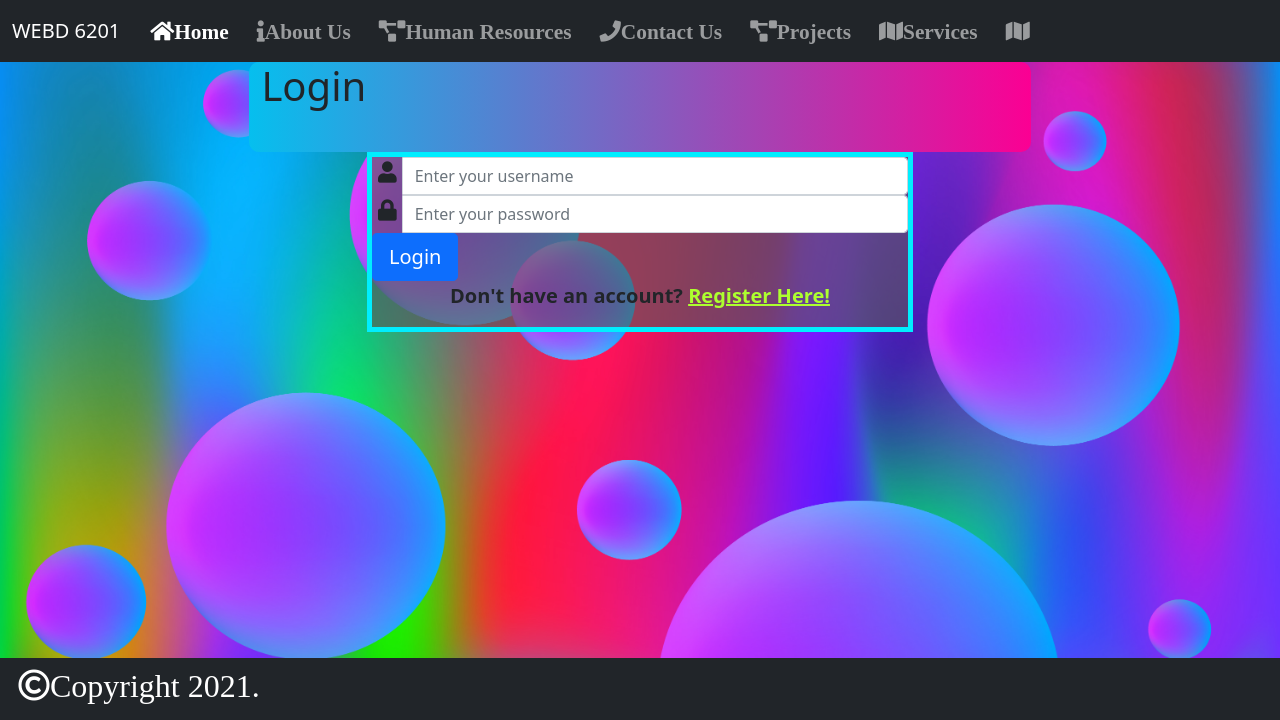
Repository: vans12345678/WEBD6201-W2021-Lab2
Page: login.html
These files come from the project's save history. The page is drawn as it stood at one moment and after the next save; the edit follows.
The browser window is 1280 px wide. The pictures show the whole page.

Above is the page before, as saved 2021-02-24 19:39:34.

### login.html
<!DOCTYPE html>
<html lang="en">
<head>
    <meta charset="UTF-8">
    <meta name="viewport" content="width=device-width, initial-scale=1.0">
    <title>Login</title>
    <!-- CSS Section -->
    <link rel="stylesheet" href="./node_modules/bootstrap/dist/css/bootstrap.min.css">
    <link rel="stylesheet" href="./node_modules/@fortawesome/fontawesome-free/css/all.min.css">
    <link rel="stylesheet" href="./Content/app.css">
</head>
<body class ="Vapor">
    <!-- Main Header -->
    <header>
        <!-- Main Navigation -->
        <nav class="navbar navbar-expand-lg navbar-dark bg-dark">
            <div class="container-fluid">
                <a id ="navHome" class="navbar-brand" href="index.html"></a>
                <button class="navbar-toggler" type="button" data-bs-toggle="collapse" data-bs-target="#navbarSupportedContent" aria-controls="navbarSupportedContent" aria-expanded="false" aria-label="Toggle navigation">
                  <span class="navbar-toggler-icon"></span>
                </button>
                <div class="collapse navbar-collapse" id="navbarSupportedContent">
                  <ul id = "ulNav" class="navbar-nav me-auto mb-2 mb-lg-0">
                    <li class="nav-item">
                      <a  class="nav-link active" aria-current="page" href="index.html"><i id ="navIndex"class = "fas fa-home fa-lg"></i></a>
                    </li>
                    <li class="nav-item" id ="navAbout">
                      <a  class="nav-link " aria-current="page" href="about.html"><i id ="navAboutItem"class = "fas fa-info fa-lg"></i></a>
                    </li>
                    <li class="nav-item">
                      <a  class="nav-link " aria-current="page" href="contact.html"><i id ="navContact"class = "fas fa-phone fa-lg"></i></a>
                    </li>
                    <li class="nav-item">
                      <a  class="nav-link" aria-current="page" href="projects.html"><i id ="navProjects" class ="fas fa-project-diagram fa-lg">Products</i></a>
                    </li>
                    <li class="nav-item">
                      <a  class="nav-link " aria-current="page" href="services.html"><i id ="navServices"class = "fas fa-map fa-lg"></i></a>
                    </li>
                    <li class="nav-item">
                      <a  class="nav-link " aria-current="page" href="login.html"><i id ="navLogin"class = "fas fa-map fa-lg"></i></a>
                    </li>
                  </ul>
                </div>
              </div>
          </nav>
    </header>

    <!-- Main Content -->
    <main class="container" id="mainContent">
        <h1 class = "container">Login</h1>
      <div class="row">
          <div class="offset-md-3 col-md-6 col-sm-12">
                <div class="login" id="contentArea"></div>
                    <div id = "messageArea"></div>
                    <form class = "fromBackground" id="loginForm" novalidate>
                      <div class="form-group">
                        <div class="input-group">
                          <span class="input-group-addon">
                            <i class="fa fa-user fa-lg">
                            </i>
                          </span>
                          <input type="text" class="form-control" id="username" name="username"  required
                          value="" placeholder="Enter your username">
                        </div>
                      </div>
                      <div class="form-group">
                        <div class="input-group">
                          <span class="input-group-addon">
                            <i class="fa fa-lock fa-lg">
                            </i>
                          </span>
                          <input type="password" class="form-control" id="password" name="password"  required
                          value="" placeholder="Enter your password">
                        </div>
                      </div>
                      <div class="text-right">
                        <button id="submitButton" type="submit" class="btn btn-primary btn-lg">Login</button>
                      </div>
                      <p class="text-center fs-5 fw-bold">
                        Don't have an account?
                        <a href="register.html">Register Here!</a>
                    </p>
                    </form>
                </div>

          </div>
      </div>
  </main>

    <!-- Main Footer -->
    <footer>
        <nav class="navbar fixed-bottom navbar-dark bg-dark">
            <div class="container-fluid">
                <h4><i id = "footer" class="far fa-copyright fa-lg site-footer"></i></h4>
            </div>
          </nav>
    </footer>
    <!-- Script Section -->
    <script src="./node_modules/jquery/dist/jquery.min.js"></script>
    <script src="./node_modules/bootstrap/dist/js/bootstrap.bundle.min.js"></script>
    <script src="./Scripts/app.js"></script>
</body>
</html>

### Content/app.css
/* custom css goes here */
.Vapor {
    background-image: url('../images/vapor.jpg');
    background-repeat: no-repeat;
    background-attachment: fixed;
    background-size: 100% 100%;
  }
  a {
    color: greenyellow;
  }
  .textFont
  {
    font-family: Arial, Helvetica, sans-serif;
    line-height: 32px;
  }
  body
  {
    background-color: rgb(90, 90, 90);
  }
  h1.container{
    border-radius: 10px;
    width: 70%;
    height: 90px;
    margin: 0px auto;
    background: linear-gradient(90deg,#06bfee,#fb0093)
  }
  h1.projects{
    background-color: white;
  }
  .contact-table{
    width: 100%;
    margin:  50px auto;
    background-color: white;
  }
  .contact-form
  {
    width: 100%;
    margin:  100px auto;
  }
  .warnMessage
  {
    width: 90%;
    margin:  50px;
  }
  .site-footer {
    color:white;
  }
  .formMargin
  {
    margin: 35px 70px;
  }
  .inputMargin
  {
    margin: 5px -3px;
  }

  .fromBackground
  {
    background-color: #5a5a5aa1;
    border: 5px solid rgb(0, 238, 255);

  }
  i{
    margin:7px 6px;
  }

### Scripts/app.js
/************************************************************
 * Name: Andre Agrippa, Michai Pryce
 * Date: 01/20/2021
 * Description: This file adds functionality to the Home,
 * About Us, Human Resources, Contact Us, Projects and Services
 * pages.
 * Date Completed:
 */

"use strict";


(function(){

    /**
     * Display Nav bar function to display nav and footer
     */
    function DisplayNav()
    {
        let navTextElement = document.getElementById("navHome").textContent = "WEBD 6201";
        navTextElement = document.getElementById("navIndex").textContent = "Home";
        navTextElement = document.getElementById("navAboutItem").textContent = "About Us";

        let navAboutElement = document.getElementById("navAbout");
        let hrListItem = document.createElement("li");
        hrListItem.setAttribute("id", "liHumanResources");
        hrListItem.setAttribute("class", "nav-item");
        let navbar = document.getElementById("ulNav").appendChild(hrListItem);
        hrListItem.innerHTML = `<a class="nav-link" aria-current="page" href="human-resources.html">
        <i id ="navHumanResources" class ="fas fa-project-diagram fa-lg">Human Resources</i></a>`;
        if(document.title === "Human Resources"){
            hrListItem.innerHTML = `<a class="nav-link active" aria-current="page" href="human-resources.html">
            <i id ="navHumanResources" class ="fas fa-project-diagram fa-lg">Human Resources</i></a>`;
        }

        navAboutElement.after(hrListItem);

        navTextElement = document.getElementById("navContact").textContent = "Contact Us";
        navTextElement = document.getElementById("navProjects").textContent = "Projects";
        navTextElement = document.getElementById("navServices").textContent = "Services";
        navTextElement = document.getElementById("footer").textContent = "Copyright 2021.";
    }

    /**
     * Display home to display index page
     */
    function displayHome()
    {
        DisplayNav();
        let introText = "This is a simple site to demonstrate the about, contact, human resources, projects and services requirements for Lab 1 WEBD 6201 - Client Side Scripting";
        let titleText = "Welcome to WEBD 6201";

        let introTextElement = document.getElementById("indexTitle").textContent = titleText;
        introTextElement = document.getElementById("indexParagraph").textContent = introText;

    }
    /**
     * Display about to display about the creators
     */
    function displayAbout()
    {
        DisplayNav();

        //About Andre
        let aboutElement = document.getElementById("aboutTitle").textContent = "About Us";
        aboutElement = document.getElementById("aboutAText");
        aboutElement.innerHTML = `<h1>Andre Agrippa:</h1>
        <p class = "">I'm a 2nd year student at Durham College in the Computer Programming and Analysis program. I've been
        coding for several years now because I enjoy it and always looking to improve in this aspect.</p>
        <a class = "fa-lg" href="./resumes/andre_resume.pdf" download>Resume Download</a></br></br>
        <img src="./images/aa.jpg" alt="" style="width:500px;height:450px;">`;

        //About Michai
        aboutElement.innerHTML += `<h1>Michai Pryce:</h1>
        <p class = ""> Hello, I am in my final year in the Computer Programming Program at Durham College. I love
        to code and learn about the evergrowing advancements in technology. This is the demonstration for our first lab!
        </p>
        <a class = "fa-lg" href="./resumes/Copy_of_Resume.docx" download>Resume Download</a></br></br>
        <img src="./images/m.jpg" alt="" style="width:500px;height:450px;">`;

    }
    /**
     * Display top 3 projects page
     */
    function displayProjects()
    {
        DisplayNav();

        //Projects 1
        let projectsElement = document.getElementById("projectsTitle").textContent = "Projects";
        projectsElement = document.getElementById("projectsText").innerHTML =
        `<h3>Project One: COBOL Item List</h3>
        <p>This project reads records from a .dat file, performs calculations on the data then outputs it to a .out file neatly formatted.</p>
        <img src="./images/p1.png" alt="" style="width:800px;height:500px;">`;

        //Projects 2
        projectsElement = document.getElementById("projectsText").innerHTML +=
        `<h3>Project Two: C#, XAML, MDF  Preferred Shares and Common Shares</h3>
        <p>This project uses XAML for the windows form and a database to keep track of common and preferred shares.
        The database keeps track of how many shares(common/preferred) are  available and validation is applied.</p>
        <img src="./images/p2.png" alt="" style="width:800px;height:500px;">`;

        //Projects 3
        projectsElement = document.getElementById("projectsText").innerHTML +=
        `<h3>Project Three: ASP.NET and MVC Framework Animal Shelter</h3>
        <p>This project is a web application that keeps track of animals, owners, appointment and login info in a database.
        Relational database concepts are applied.</p>
        <img src="./images/p3.png" alt="" style="width:800px;height:500px;">`;

    }
    /**
     * Display top 3 services page
     */
    function displayServices()
    {
        DisplayNav();

        //Services 1
        let servicesElement = document.getElementById("servicesTitle").textContent = "Services";
        servicesElement = document.getElementById("servicesText").innerHTML =
        `<h3>Web Development:</h3>
        <p>We offer a variety of different web development (Front-end, Back-end, Databases). Languages (PHP, ASP.NET, JavaScript)</p>
        <img src="./images/s1.jpg" alt="" style="width:800px;height:500px;">`;

        //Services 2
        servicesElement = document.getElementById("servicesText").innerHTML +=
        `<h3>OOP Programming</h3>
        <p>We offer a variety of different Object Oriented Programming. We're experienced with C#, C++, Java etc.
        Whether it be windows forms applications, console applications GUI, etc.</p>
        <img src="./images/s2.png" alt="" style="width:800px;height:500px;">`;

        //Services 3
        servicesElement = document.getElementById("servicesText").innerHTML +=
        `<h3>Database Management System</h3>
        <p>It's been almost 3 years since we've had experience in database development. We've used software such as
        Microsoft SQL Server and PgAdmin4. Experienced with relational database concepts.</p>
        <img src="./images/s3.jpg" alt="" style="width:800px;height:500px;">`;


    }
    /**
     * Display contact form page
     */
    function displayContact()
    {
        DisplayNav();

        let messageArea = document.getElementById("messageArea");
        messageArea.hidden = true;

        //form validation
        let fullName = document.getElementById("fullName");
        fullName.addEventListener("blur", function()
        {
            if(fullName.value.length < 2)
            {
                fullName.focus();
                fullName.select();
                messageArea.hidden = false;
                messageArea.className = "alert alert-danger  ";
                messageArea.textContent = "Please enter an appropriate name > 2 characters";
            }
            else
            {
                messageArea.removeAttribute("class");
                messageArea.hidden = true;
            }
        });
            let sendButton = document.getElementById("sendButton");
            sendButton.addEventListener("click", function(event)
            {
                event.preventDefault();
                // //Displays twice?

                let contact = new Contact(fullName.value,contactNumber.value, emailAddress.value, shortMessage.value);

                console.log(contact.serialize());
                if(contact.serialize())
                {
                    localStorage.setItem((localStorage.length + 1).toString(),contact.serialize());

                    window.location.href = "index.html";
                }

            });

    }
    /**
     * Human resources page
     */
    function displayHumanResources()
    {
        DisplayNav();
    }
    function displayLogin()
    {
        DisplayNav();
    }
    function displayRegister()
    {
        DisplayNav();
    }

    /**
     * Start function, depending on document title will load specific page
     */
    function Start()
    {
        console.log("App Started...");

        //Based of title of html
        switch(document.title)
        {
            case "Index":
                displayHome();
                break;
            case "About Us":
                displayAbout();
                break;
            case "Projects":
                displayProjects();
                break;
            case "Services":
                displayServices();
                break;
            case "Contact Us":
                displayContact();
                break;
            case "Contact-List":
                displayContactList();
                break;
            case "Human Resources":
                displayHumanResources();
                break;
            case "Login":
                displayLogin();
                break;
            case "Register":
                displayRegister();
                break;
        }


    }

    window.addEventListener("load", Start);

})();

Loaded but not shown: node_modules/bootstrap/dist/css/bootstrap.min.css (library); node_modules/@fortawesome/fontawesome-free/css/all.min.css (library); node_modules/jquery/dist/jquery.min.js (library); node_modules/bootstrap/dist/js/bootstrap.bundle.min.js (library)

After the next save:
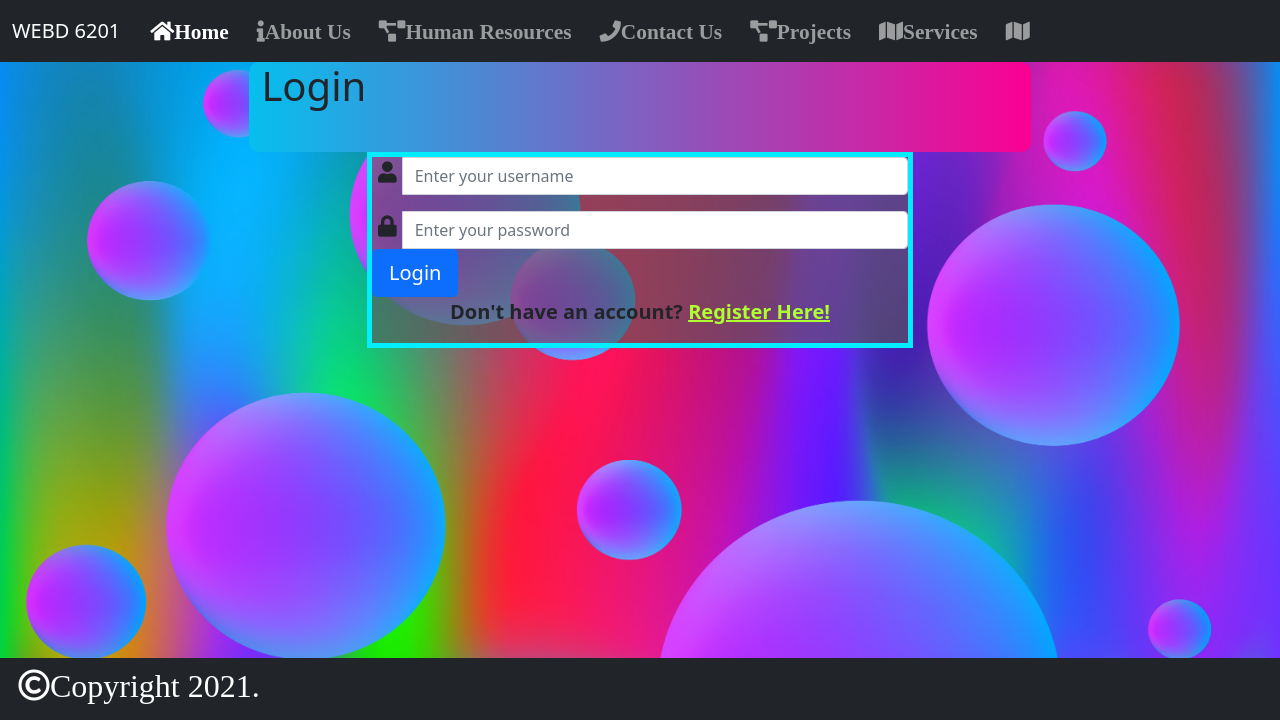
Saved 84 s later.
--- a/login.html
+++ b/login.html
@@ -53,7 +53,7 @@
                 <div class="login" id="contentArea"></div>
                     <div id = "messageArea"></div>
                     <form class = "fromBackground" id="loginForm" novalidate>
-                      <div class="form-group">
+                      <div class="form-group mb-3">
                         <div class="input-group">
                           <span class="input-group-addon">
                             <i class="fa fa-user fa-lg">

After the 2 saves that followed:
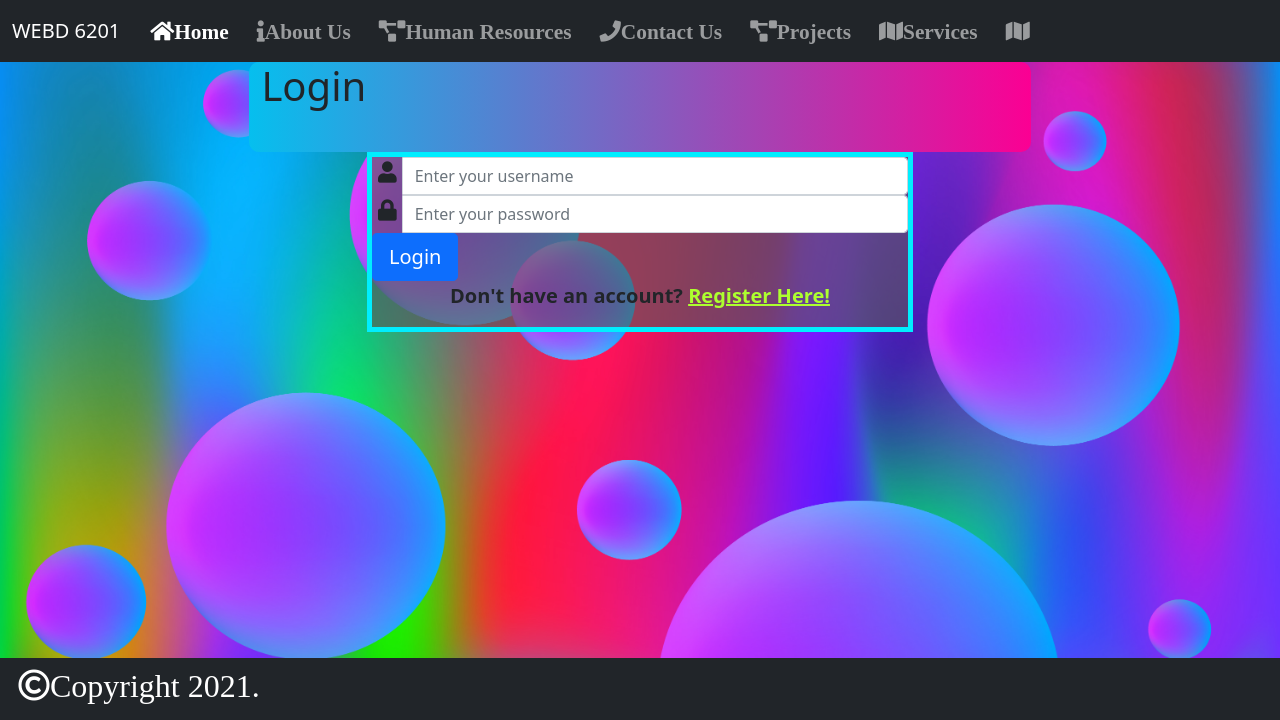
The 2 saves are shown as one change because 1 left the picture as it was.
The last was saved 23 s later.
--- a/login.html
+++ b/login.html
@@ -53,8 +53,8 @@
                 <div class="login" id="contentArea"></div>
                     <div id = "messageArea"></div>
                     <form class = "fromBackground" id="loginForm" novalidate>
-                      <div class="form-group mb-3">
-                        <div class="input-group">
+                      <div class="form-group ">
+                        <div class="input-group ">
                           <span class="input-group-addon">
                             <i class="fa fa-user fa-lg">
                             </i>
